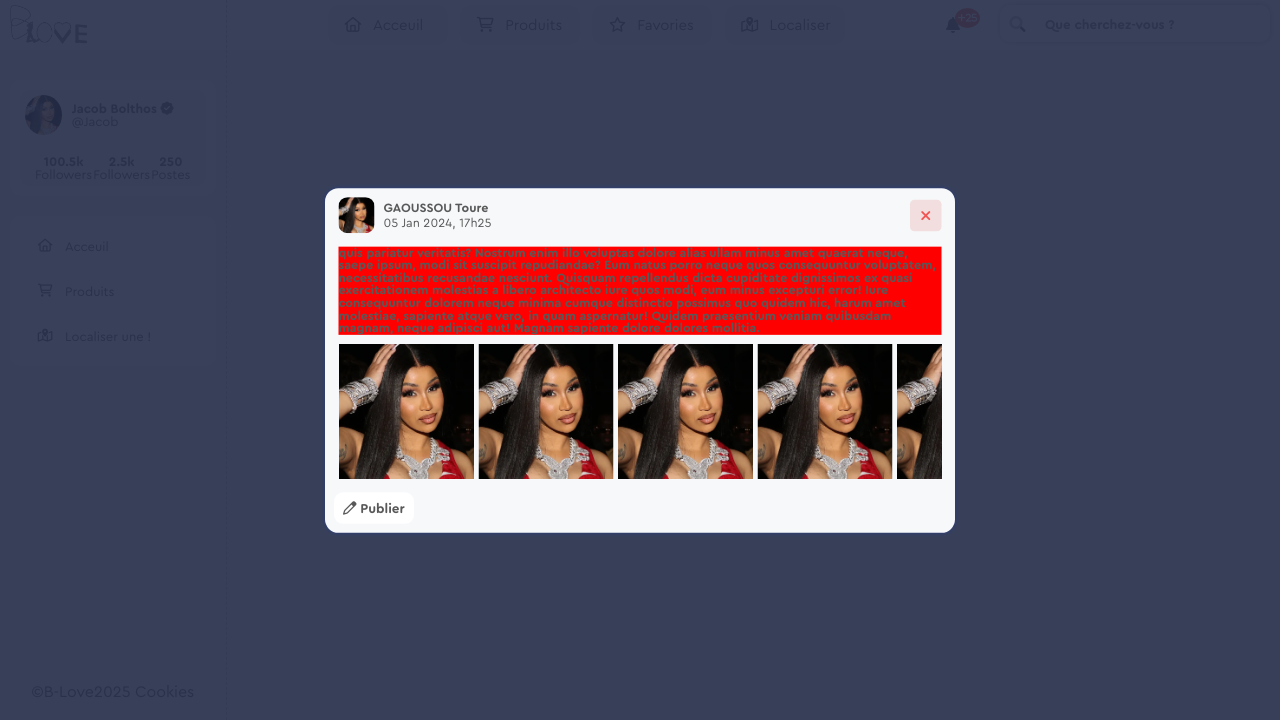
Repository: moomoony-log/b-love
Page: /home
An editor plug-in stored every save of this project. The page is shown before and after the next save, followed by the edit.
The browser window is 1280 px wide. The pictures show the whole page.
Pictures or frames that could not be fetched are drawn as grey boxes. The project was rebuilt for these pictures with package versions that can differ from the ones it lists, and the page was loaded fresh each time. Also part of the build but not shown: vite.config.ts, src/rules/legacy.tsx, src/rules/privacy.tsx, src/components/basic/notification.tsx, src/view/auth.tsx, src/view/main/acceuil.tsx, src/view/main/dashbord.tsx, src/view/main/info-account.tsx and 3 more.

Above is the page before, as saved 2025-10-15 15:03:23.

After the next save:
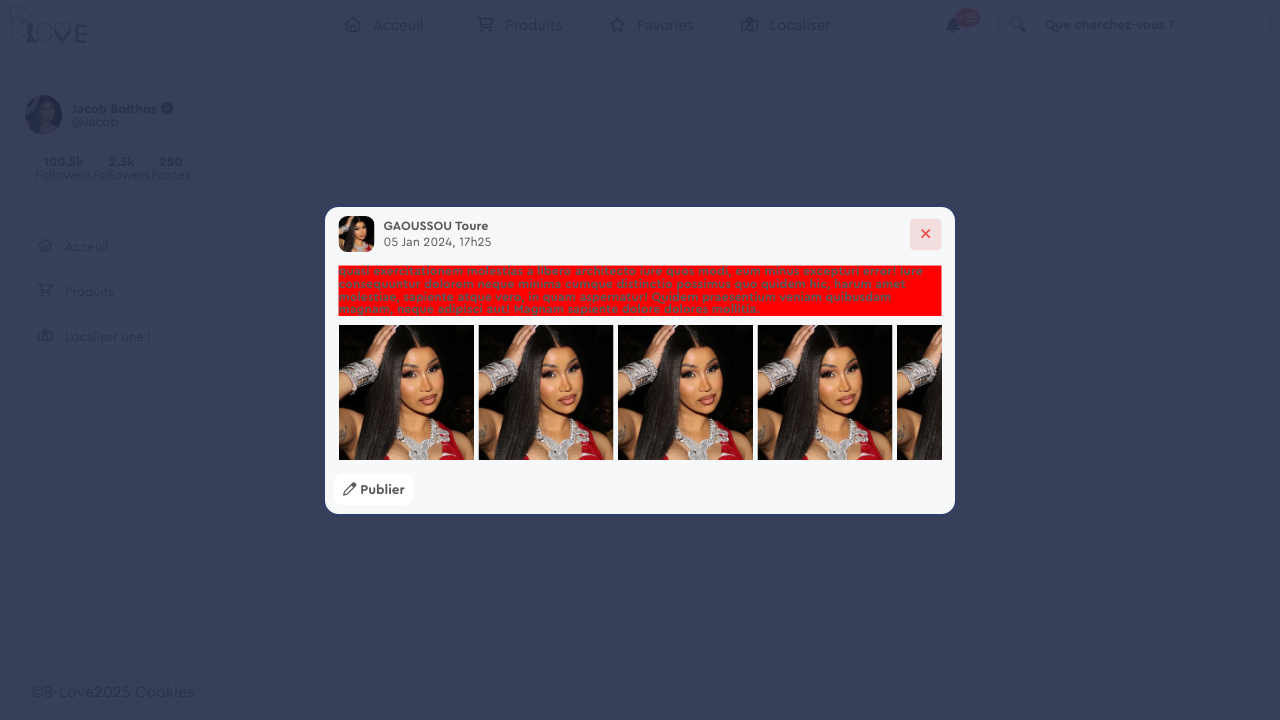
Saved 11 s later.
--- a/src/components/basic/modals/pubItem.tsx
+++ b/src/components/basic/modals/pubItem.tsx
@@ -17,7 +17,7 @@ const ItemPub = () => {
                     </div>
                     <div className="body">
                         <div className="about-pub" data-data>
-                            quis pariatur veritatis? Nostrum enim illo voluptas dolore alias ullam minus amet quaerat neque, saepe ipsum, modi sit suscipit repudiandae? Eum natus porro neque quos consequuntur voluptatem, necessitatibus recusandae nesciunt. Quisquam repellendus dicta cupiditate dignissimos ex quasi exercitationem molestias a libero architecto iure quos modi, eum minus excepturi error! Iure consequuntur dolorem neque minima cumque distinctio possimus quo quidem hic, harum amet molestiae, sapiente atque vero, in quam aspernatur! Quidem praesentium veniam quibusdam magnam, neque adipisci aut! Magnam sapiente dolore dolores mollitia.
+                             quasi exercitationem molestias a libero architecto iure quos modi, eum minus excepturi error! Iure consequuntur dolorem neque minima cumque distinctio possimus quo quidem hic, harum amet molestiae, sapiente atque vero, in quam aspernatur! Quidem praesentium veniam quibusdam magnam, neque adipisci aut! Magnam sapiente dolore dolores mollitia.
                         </div>
                         <div className="medias-cont">
                             <div className="cont-account-img" data-name="pub-item-img"><img src="../img/cardi_b.webp"/></div>
